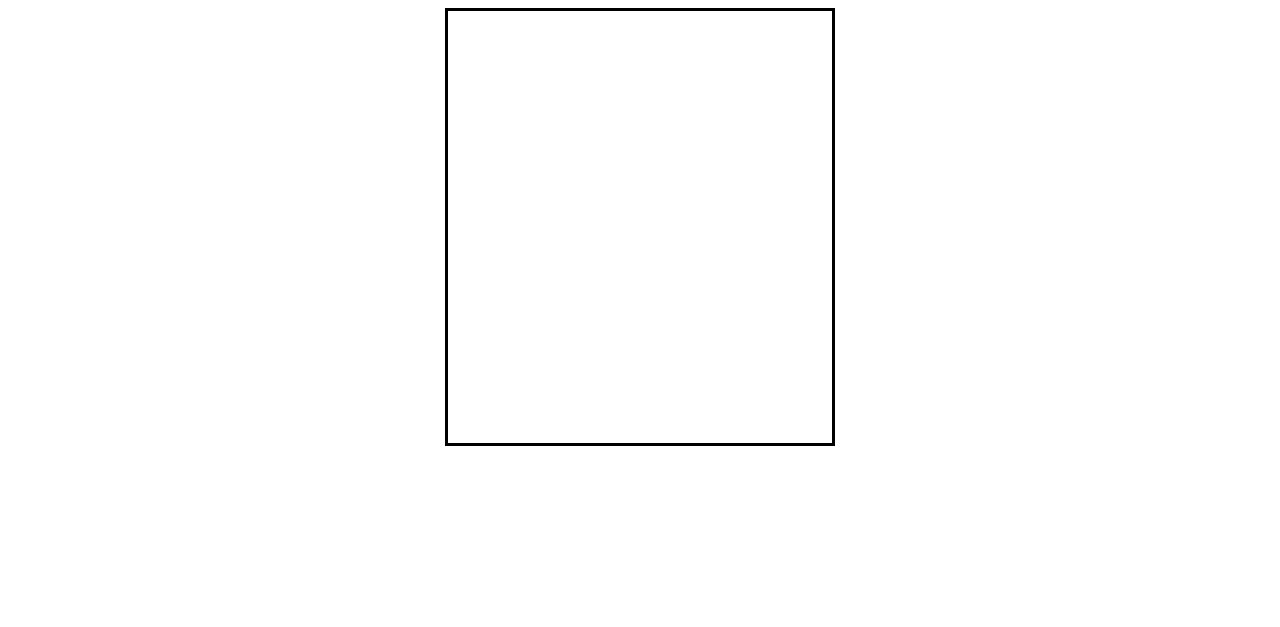
Repository: darakhbroth-lang/webhtml
Page: website for study/tag14.html
The author's editor kept a copy of each file at every save. The page is drawn from the files as they stood at one save, then again after the next save.
The browser window is 1280 px wide. The pictures show the whole page.

Above is the page before, as saved 2026-05-06 12:48:42.

After the next save:
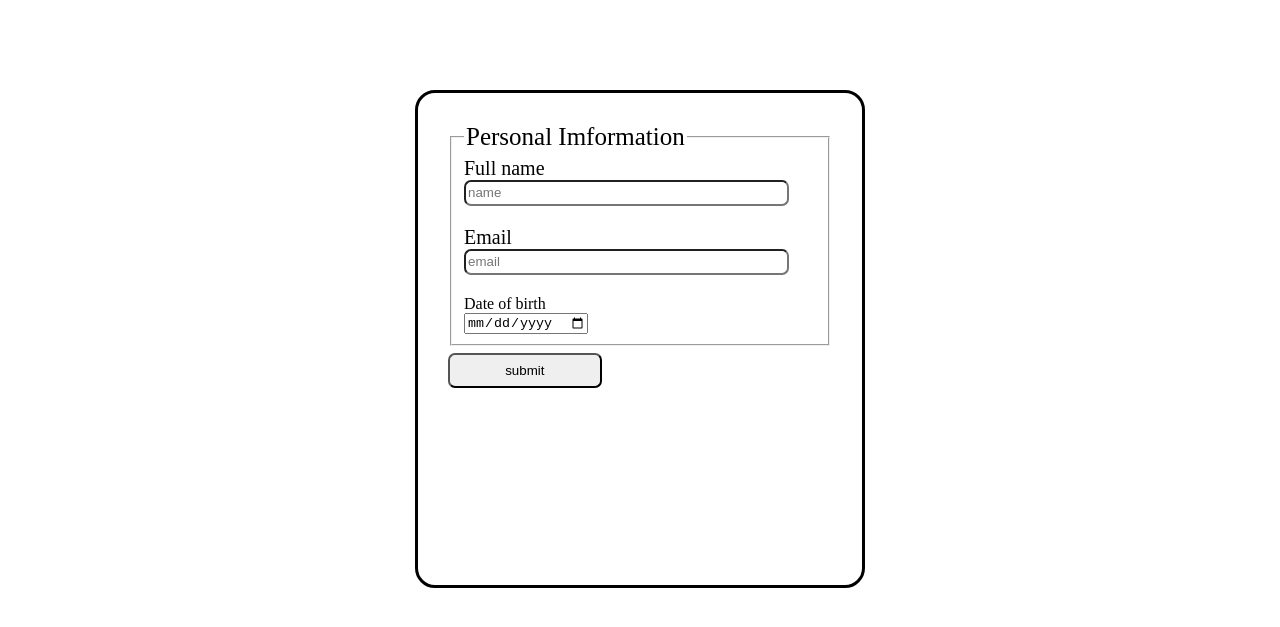
Saved 8 h 36 min later.
--- a/website for study/tag14.html
+++ b/website for study/tag14.html
@@ -6,6 +6,18 @@
     <title>Document</title>
 </head>
 <body>
-    <form action="" style="width:30vw; height: 60vh;border:3px solid black;margin: auto"></form>
+    <form action="" style="width:30vw; height: 60vh;border:3px solid black;margin:90px auto;padding:30px;border-radius: 20px;">
+        <fieldset><legend style="font-size: 25px;">Personal Imformation</legend>
+             <label for="text" style="font-size: 20px;">Full name</label><br>
+             <input type="text" placeholder="name" style="Width: 90%;border-radius: 7px; height: 20px;margin-bottom: 20px;">
+              <label for="email" style="font-size: 20px;">Email</label><br>
+             <input type="email" placeholder="email" style="Width: 90%;border-radius: 7px; height: 20px;margin-bottom: 20px;">
+             <label for="date">Date of birth</label><br>
+             <input type="date">
+        </fieldset>
+        <button style="width: 40%; padding:8px; border-radius: 7px;margin-top: 7px;margin-bottom: 7px;">submit</button><br>
+
+    </form>
+
 </body>
 </html>
